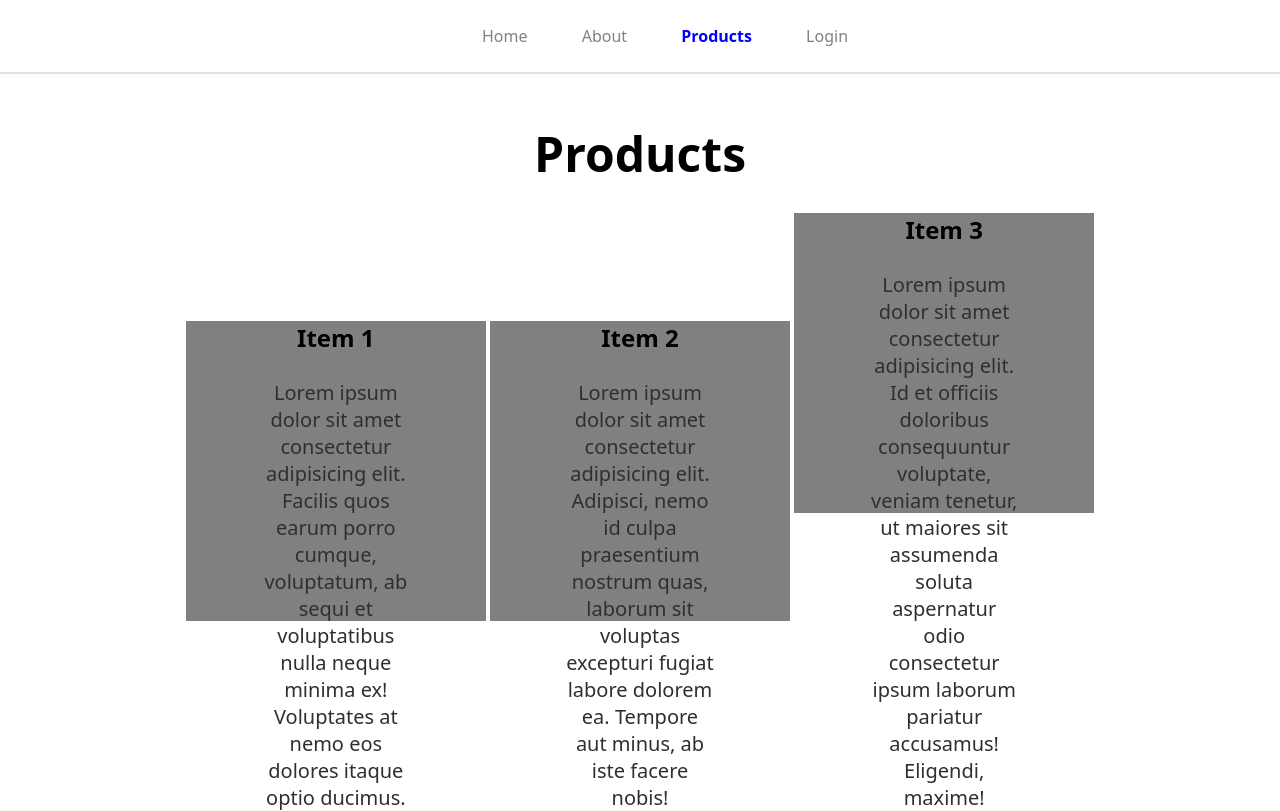
Repository: Yeyolive/WebDev_Collab_2025
Page: Basic_Projects/Basic-Website/products.html
An editor plug-in stored every save of this project. The page is shown before and after the next save, followed by the edit.
The browser window is 1280 px wide. The pictures show the whole page.

Above is the page before, as saved 2025-11-02 22:27:48.

After the next save:
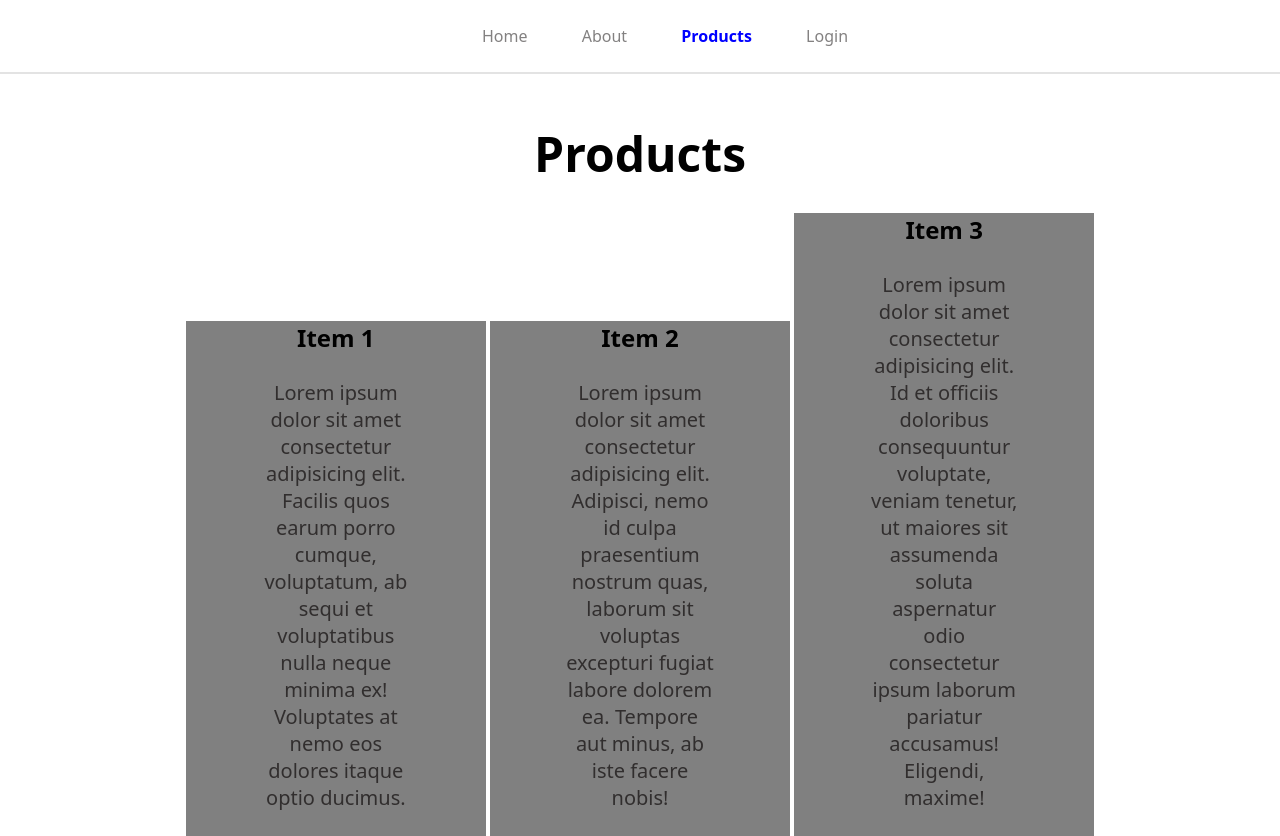
Saved 7 s later.
--- a/Basic_Projects/Basic-Website/styles.css
+++ b/Basic_Projects/Basic-Website/styles.css
@@ -89,6 +89,5 @@ span {
 .item {
   background-color: grey;
   width: 300px;
-  height: 300px;
   display: inline-block;
 }
